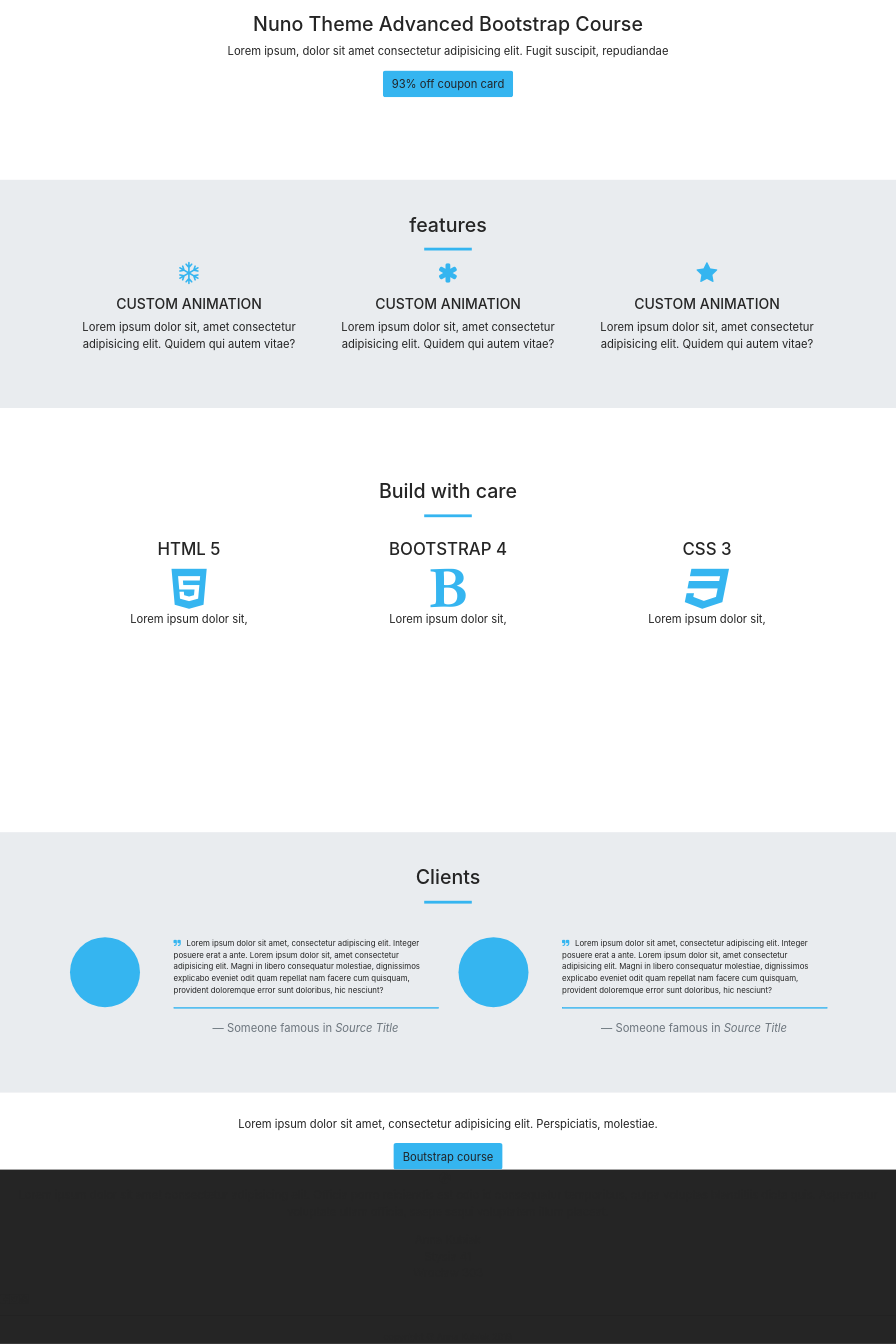
Repository: Mietlicha/bootstrap_template_exercise
Page: index.html
The author's editor kept a copy of each file at every save. The page is drawn from the files as they stood at one save, then again after the next save.
The browser window is 1280 px wide. The pictures show the part of the page from y = 747 to 2667 px (the page is 2667 px tall), at 70% of full size.

Above is the page before, as saved 2019-11-19 23:39:37.

### index.html
<!DOCTYPE html>
<html lang="en">

<head>
    <meta charset="UTF-8">
    <meta name="viewport" content="width=device-width, initial-scale=1.0">
    <meta http-equiv="X-UA-Compatible" content="ie=edge">
    <title>Bootstrap template</title>
    <link rel="stylesheet" href="https://stackpath.bootstrapcdn.com/bootstrap/4.3.1/css/bootstrap.min.css"
        integrity="sha384-ggOyR0iXCbMQv3Xipma34MD+dH/1fQ784/j6cY/iJTQUOhcWr7x9JvoRxT2MZw1T" crossorigin="anonymous">
    <link rel="stylesheet" href="style.css">
    <link rel="stylesheet" href="https://cdnjs.cloudflare.com/ajax/libs/font-awesome/4.7.0/css/font-awesome.min.css">
</head>

<body data-spy="scroll" data-target="#main-nav">
    <!--------------------nav/home-------------------------------------------------------------------->
    <nav id="main-nav" class="navbar navbar-expand-md navbar-dark bg-dark font-weight-bold fixed-top">
        <a class="navbar-brand" href="#"><i class="fa fa-grav mr-2" aria-hidden="true"></i>Nuno</a>
        <button class="navbar-toggler" type="button" data-toggle="collapse" data-target="#navbarSupportedContent"
            aria-controls="navbarSupportedContent" aria-expanded="false" aria-label="Toggle navigation">
            <span class="navbar-toggler-icon"></span>
        </button>

        <div class="collapse navbar-collapse" id="navbarSupportedContent">
            <ul class="navbar-nav ml-auto">
                <li class="nav-item">
                    <a class="nav-link" href="#home">Home</a>
                </li>
                <li class="nav-item">
                    <a class="nav-link" href="#course">Course</a>
                </li>
                <li class="nav-item">
                    <a class="nav-link" href="#feature">Features</a>
                </li>
                <li class="nav-item">
                    <a class="nav-link" href="#resources">Resorses</a>
                </li>
                <li class="nav-item">
                    <a class="nav-link" href="#client">Client</a>
                </li>
                <li class="nav-item">
                    <a class="nav-link" href="#contact">Contact</a>
                </li>
        </div>
    </nav>
<!--------------------main----------------------------------------------------------------->
<main>
    <!--------------------home-------------------->
    <section id="home">
        <div class="home--landing-page">
        </div>
        <div class="home--caption">
            <h1>Welcome to Nuno</h1>
            <h3>Udemy bootstrap course</h3>
        </div>
    </section>

    <!--------------------corse-------------------->
    <section id="course" class="container text-center mt-5 mb-5">
        <header><h3>Nuno Theme Advanced Bootstrap Course</h3></header>
        <p>Lorem ipsum, dolor sit amet consectetur adipisicing elit. Fugit suscipit, repudiandae
        </p>
        <a href="#" class="btn btn-md" target="_blnk">93% off coupon card</a>
    </section>
    <!--------------------feature-------------------->
    <section id="feature">
            <div class="jumbotron jumbotron-fluid text-center pt-5">
                    <header><h3>features</h3></header>
                    <hr>
                    <div class="container d-md-flex">
                        <div class="feature-item col-md-4">
                            <i class="fa fa-snowflake-o" aria-hidden="true"></i>
                            <h5 class="pt-3">custom animation</h5>
                            <p>Lorem ipsum dolor sit, amet consectetur adipisicing elit. Quidem qui autem vitae?</p>
                        </div>
                        <div class="feature-item col-md-4">
                                <i class="fa fa-asterisk" aria-hidden="true"></i>
                                <h5 class="pt-3">custom animation</h5>
                                <p>Lorem ipsum dolor sit, amet consectetur adipisicing elit. Quidem qui autem vitae?</p>
                        </div>
                        <div class="feature-item col-md-4">
                                <i class="fa fa-star" aria-hidden="true"></i>
                                <h5 class="pt-3">custom animation</h5>
                                <p>Lorem ipsum dolor sit, amet consectetur adipisicing elit. Quidem qui autem vitae?</p>
                        </div>
                    </div>
                  </div>
    </section>
    <!--------------------Resourses-------------------->
    <section id="resources">
                <header><h3 class="text-center">Build with care</h3></header>
                <hr>
                <div class="container d-md-flex text-center">
                    <div class="resources-item col-md-4">
                        <h5 class="pt-3">Html 5</h5>
                        <i class="fa fa-html5" aria-hidden="true"></i>
                        <p>Lorem ipsum dolor sit,</p>
                    </div>
                    <div class="resources-item col-md-4">
                            <h5 class="pt-3">Bootstrap 4</h5>
                            <i class="fa fa-bold" aria-hidden="true"></i>
                            <p>Lorem ipsum dolor sit,</p>
                     </div>
                     <div class="resources-item col-md-4">
                            <h5 class="pt-3">CSS 3</h5>
                            <i class="fa fa-css3" aria-hidden="true"></i>
                            <p>Lorem ipsum dolor sit,</p>
                    </div>
                </div>
    </section>
    <!--------------------Client-------------------->
    <section id="client">
        <section class="jumbotron jumbotron-fluid text-center pt-5">
            <header><h3>Clients</h3></header>
            <hr class="client__main-hr mb-5">
            <div class="container d-md-flex">
                <div class="client-item col-md-6 d-flex">
                    <div class="foto mr-5"></div>
                    <blockquote class="blockquote">
                        <p class="mb-0 text-left">Lorem ipsum dolor sit amet, consectetur adipiscing elit. Integer posuere erat a ante. Lorem ipsum dolor sit, amet consectetur adipisicing elit. Magni in libero consequatur molestiae, dignissimos explicabo eveniet odit quam repellat nam facere cum quisquam, provident doloremque error sunt doloribus, hic nesciunt?</p>
                        <hr class="client__blockquote-hr text-left">
                        <footer class="blockquote-footer">Someone famous in <cite title="Source Title">Source Title</cite></footer>
                    </blockquote>
                </div>
                <div class="client-item col-md-6 d-flex mt-4 mt-md-0">
                    <div class="foto mr-5"></div>
                    <blockquote class="blockquote">
                        <p class="mb-0 text-left">Lorem ipsum dolor sit amet, consectetur adipiscing elit. Integer posuere erat a ante. Lorem ipsum dolor sit, amet consectetur adipisicing elit. Magni in libero consequatur molestiae, dignissimos explicabo eveniet odit quam repellat nam facere cum quisquam, provident doloremque error sunt doloribus, hic nesciunt?</p>
                        <hr class="client__blockquote-hr text-left">
                        <footer class="blockquote-footer">Someone famous in <cite title="Source Title">Source Title</cite></footer>
                    </blockquote>
                </div>
            </div>
        </section>
        <aside class="text-center">
            <p>Lorem ipsum dolor sit amet, consectetur adipisicing elit. Perspiciatis, molestiae.</p>
            <a href="#" class="btn btn-md" target="_blnk">Boutstrap course</a>
        </aside>
    </section>
    <!--------------------footer-------------------->
    <footer id="contact" class="text-center">
        <i class="fa fa-grav mr-2" aria-hidden="true"></i>
        <p>Lorem ipsum dolor sit amet consectetur adipisicing elit. Officia porro reiciendis est odio id consequatur temporibus, culpa voluptas blanditiis dicta quis. Aspernatur voluptate ullam officia, saepe sequi voluptatem illum placeat.</p>
        <address>
            <p>
            Anna Kubiak<br>
            Stysia 41<br>
            Wrocław 303<br>
            </p>
        </address>
        <div class="socials d-flex">
            <i class="fa fa-facebook-square" aria-hidden="true"></i>
            <i class="fa fa-twitter-square" aria-hidden="true"></i>
            <i class="fa fa-youtube-square" aria-hidden="true"></i>
        </div>
        <hr>
        <small>copyright &copy; Anna Kubiak 2019</small>
    </footer>
</main>

    <script src="https://code.jquery.com/jquery-3.3.1.slim.min.js"
        integrity="sha384-q8i/X+965DzO0rT7abK41JStQIAqVgRVzpbzo5smXKp4YfRvH+8abtTE1Pi6jizo"
        crossorigin="anonymous"></script>
    <script src="https://cdnjs.cloudflare.com/ajax/libs/popper.js/1.14.7/umd/popper.min.js"
        integrity="sha384-UO2eT0CpHqdSJQ6hJty5KVphtPhzWj9WO1clHTMGa3JDZwrnQq4sF86dIHNDz0W1"
        crossorigin="anonymous"></script>
    <script src="https://stackpath.bootstrapcdn.com/bootstrap/4.3.1/js/bootstrap.min.js"
        integrity="sha384-JjSmVgyd0p3pXB1rRibZUAYoIIy6OrQ6VrjIEaFf/nJGzIxFDsf4x0xIM+B07jRM"
        crossorigin="anonymous"></script>
</body>

</html>

### style.css
:root{
--main-colour: rgb(53, 181, 240);
--bcg-main-colour:  rgb(37, 37, 37);
font-size: 14px;
}

body{
    position: relative;
    color: var(--bcg-main-colour);
}

section:not(#home){
    padding-top: 70px;
}

/************************NAV******************************************/
.bg-dark {
    background-color: #0a0a0a60!important;
}

.navbar-dark .navbar-nav .nav-link:hover{
    color: rgb(255, 255, 255);
}

.nav-link{
    padding: 0 7rem;
}

#main-nav {
text-transform: uppercase;
}

#main-nav .navbar-brand{
    font-size: 1.5rem;
}

#main-nav .navbar-brand i{
    color: var(--main-colour);
}

.navbar-dark .navbar-nav .nav-link.active{
    color: var(--main-colour);
    font-weight: bold;
}

.navbar-dark .navbar-nav .nav-link{
    padding-top: .9rem;
}

/************************Home******************************************/
#home{
    position: relative;
}

.home--landing-page{
    background: linear-gradient(rgba(0, 0, 0, 0.534), rgba(0, 0, 0, 0.534)), url(img/tlo.jpg) center/cover no-repeat;
    width: 100vw;
    height: 90vh;
}

.home--caption{
    width: 100%;
    position: absolute;
    top: 40%;
    z-index: 3;
    text-align: center;
    color: #fff;
    text-transform: uppercase;
}

.home--caption h1{
    font-size: 4rem;
}

.home--caption h1::first-letter, .home--caption h3::first-letter{
    color: var(--main-colour);
}

/************************Course******************************************/
#course .btn{
    background-color: var(--main-colour);
}

/************************Feature******************************************/
#feature hr{
    width: 5%;
    border: 2px solid var(--main-colour);
}

#feature i{
    color: var(--main-colour);
    font-size: 2rem;
}

#feature .feature-item h5{
    text-transform: uppercase;
}

/************************Resources******************************************/
#resources{
min-height: 70vh;
}

#resources h5{
    font-size: 1.5rem;
    text-transform: uppercase;
}

#resources i{
    color: var(--main-colour);
    font-size: 4rem;
}

#resources hr{
    width: 5%;
    border: 2px solid var(--main-colour);
}

/************************Clients******************************************/
.client__main-hr{
    width: 5%;
    border: 2px solid var(--main-colour);
}

#client .foto{
    min-width: 100px;
    min-height: 100px;
    max-width: 100px;
    max-height: 100px;
    border-radius: 50%;
    background-color: var(--main-colour);
}

#client blockquote p::before{
    content: "\f10e ";
    font-family: FontAwesome;
    color: var(--main-colour);
    padding-right: 0.5rem;
}

.client__blockquote-hr{
    border: 0.5px solid var(--main-colour);
    width: 100%;
}


#client blockquote p{
    font-size: 0.7rem;
}

#client .btn {
    background-color: var(--main-colour);
}

#contact{
    background-color: var(--bcg-main-colour);
}
@media (min-width: 500px){
    :root{
        font-size: 16px;
    }
    }

    @media (min-width: 768px){
    .navbar-expand-md .navbar-nav .nav-link {
        padding-right: .9rem;
        padding-left: .9rem;
        padding-top: 0;
    }
    }

After the next save:
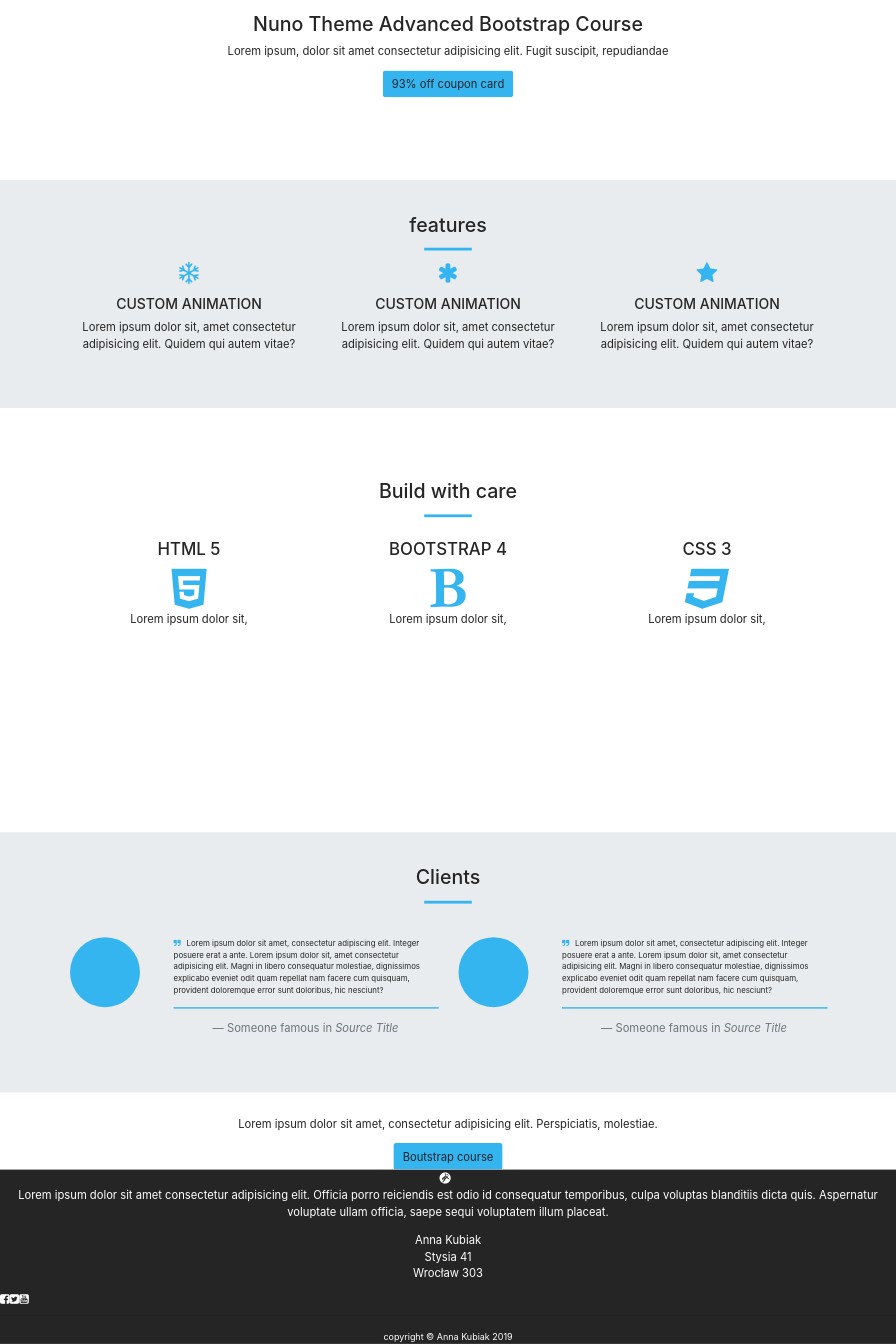
Saved 47 s later.
--- a/style.css
+++ b/style.css
@@ -152,9 +152,13 @@
     background-color: var(--main-colour);
 }
 
+/************************Contact******************************************/
+
 #contact{
     background-color: var(--bcg-main-colour);
+    color: #fff;
 }
+
 @media (min-width: 500px){
     :root{
         font-size: 16px;
